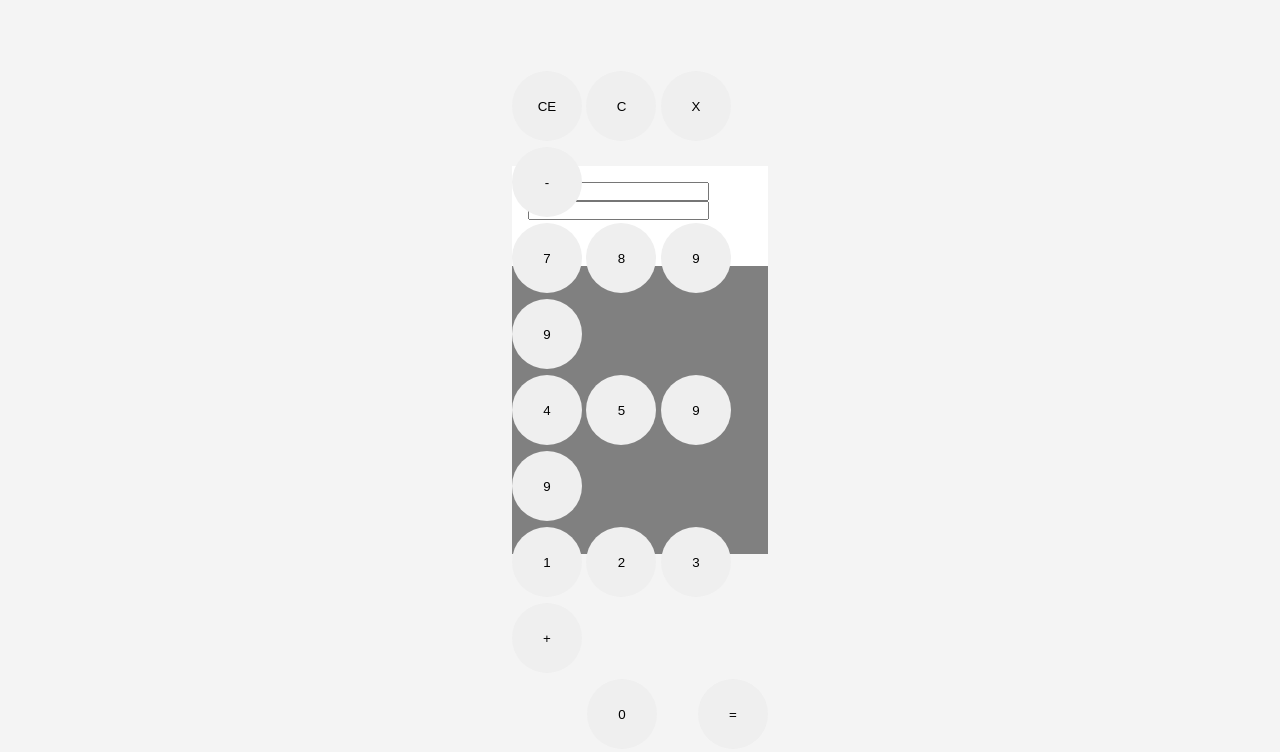
Repository: DNature/calc
Page: index.html
These files come from the project's save history. The page is drawn as it stood at one moment and after the next save; the edit follows.
The browser window is 1280 px wide. The pictures show the whole page.

Above is the page before, as saved 2019-11-20 23:55:16.

After the next save:
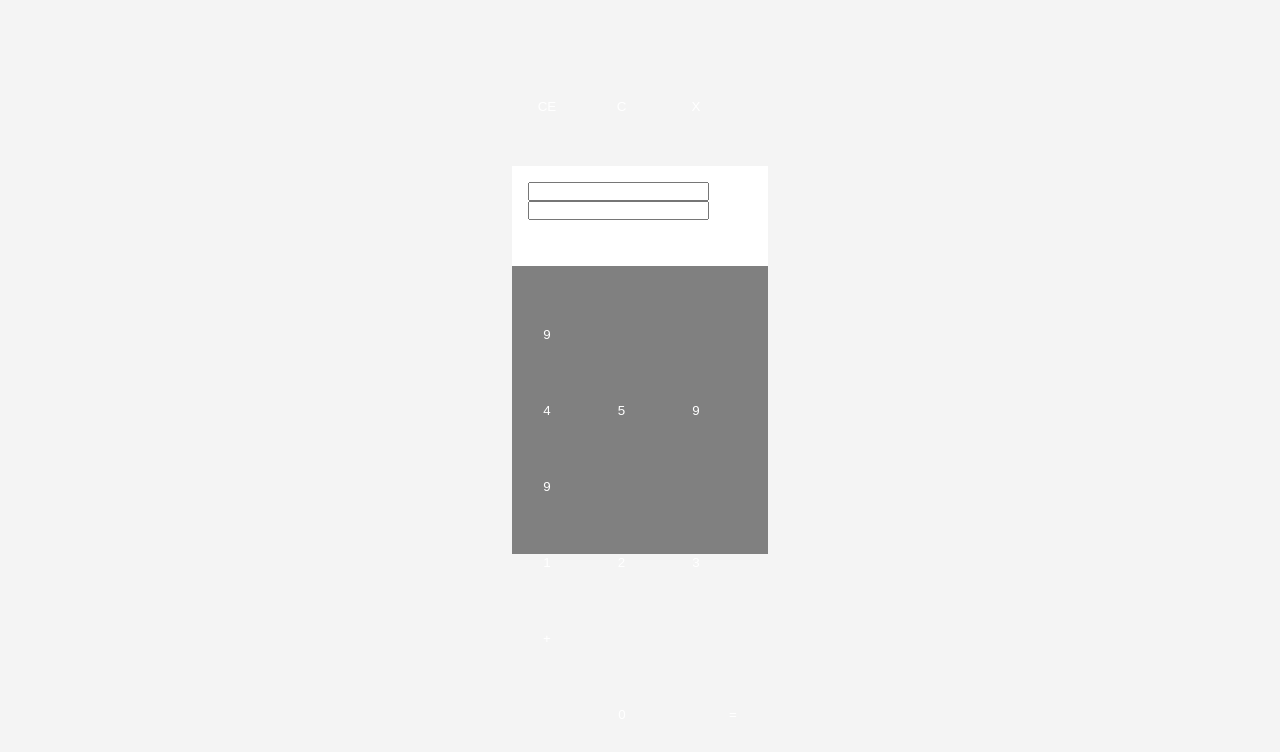
Saved 38 s later.
--- a/css/style.css
+++ b/css/style.css
@@ -42,6 +42,9 @@ body {
   border: none;
   outline: none;
   margin: 3px 0;
+  cursor: pointer;
+  background: none;
+  color: white;
 }
 
 .equal {
